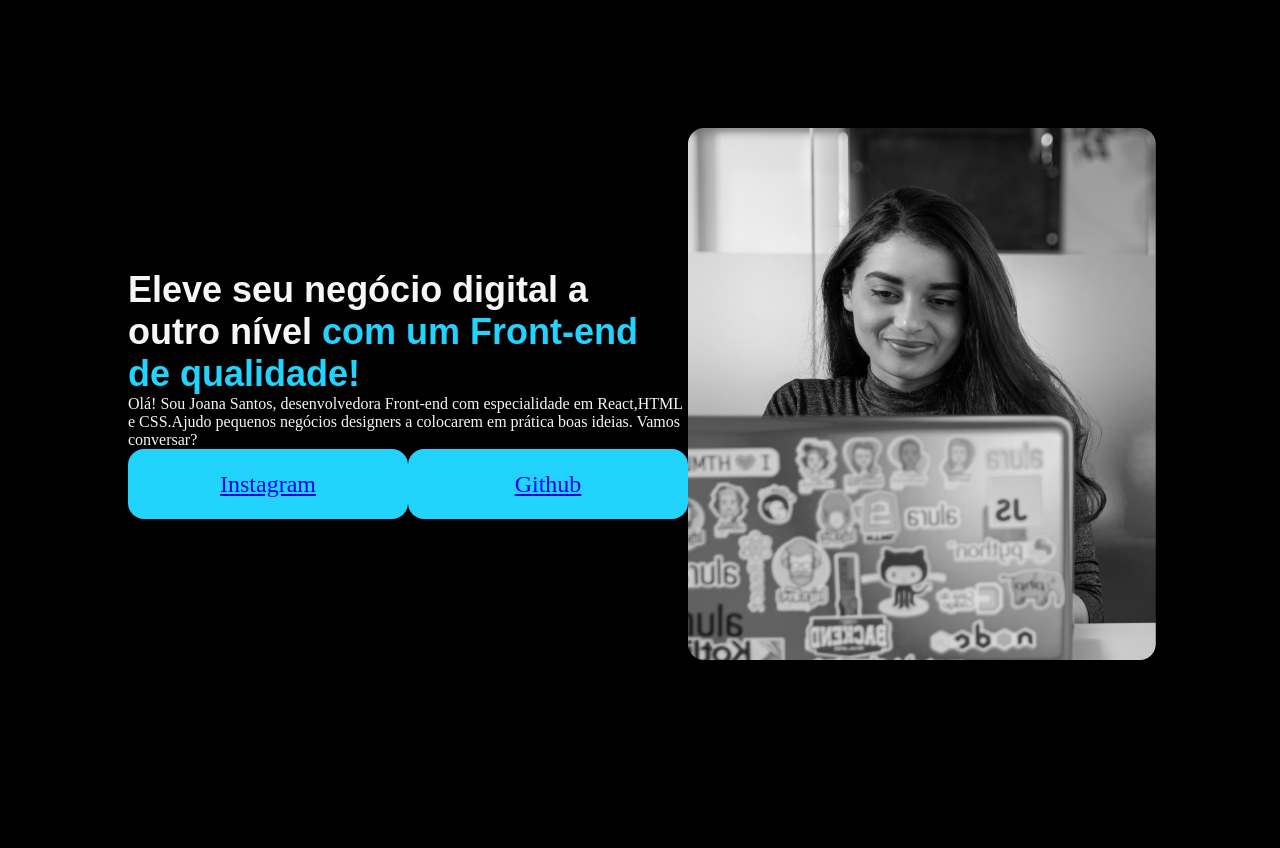
Repository: YoungAkira/CursoHtmlCss
Page: index.html
An editor plug-in stored every save of this project. The page is shown before and after the next save, followed by the edit.
The browser window is 1280 px wide. The pictures show the whole page.
Some web fonts or font styles are not loaded; a fallback is used.

Above is the page before, as saved 2023-05-13 12:28:28.

After the next save:
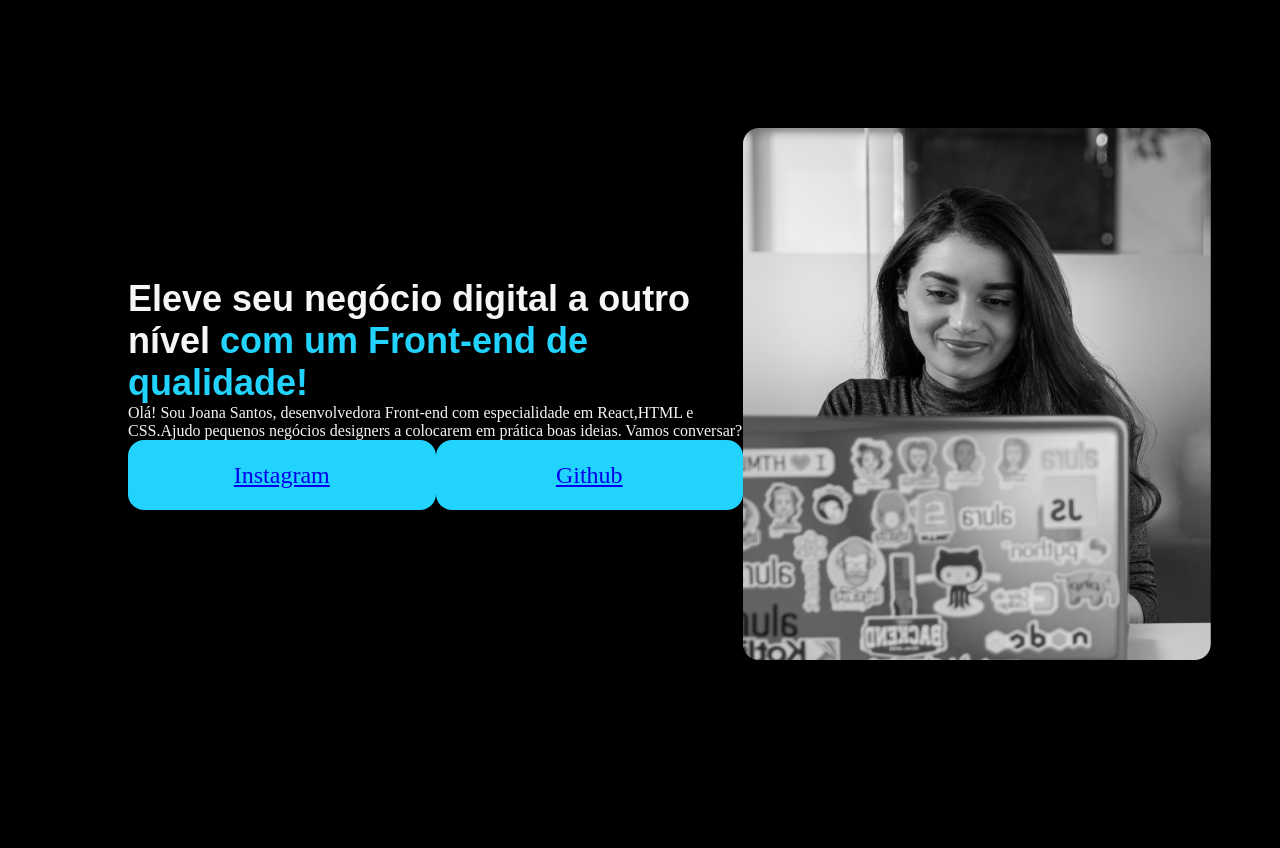
Saved 11 s later.
--- a/style.css
+++ b/style.css
@@ -57,5 +57,5 @@
     text-align: center;
     border-radius: 16px;
     font-size: 24px;
-    padding: 21.5px 0;
+    padding: 21.5px ;
 }

After the save that followed:
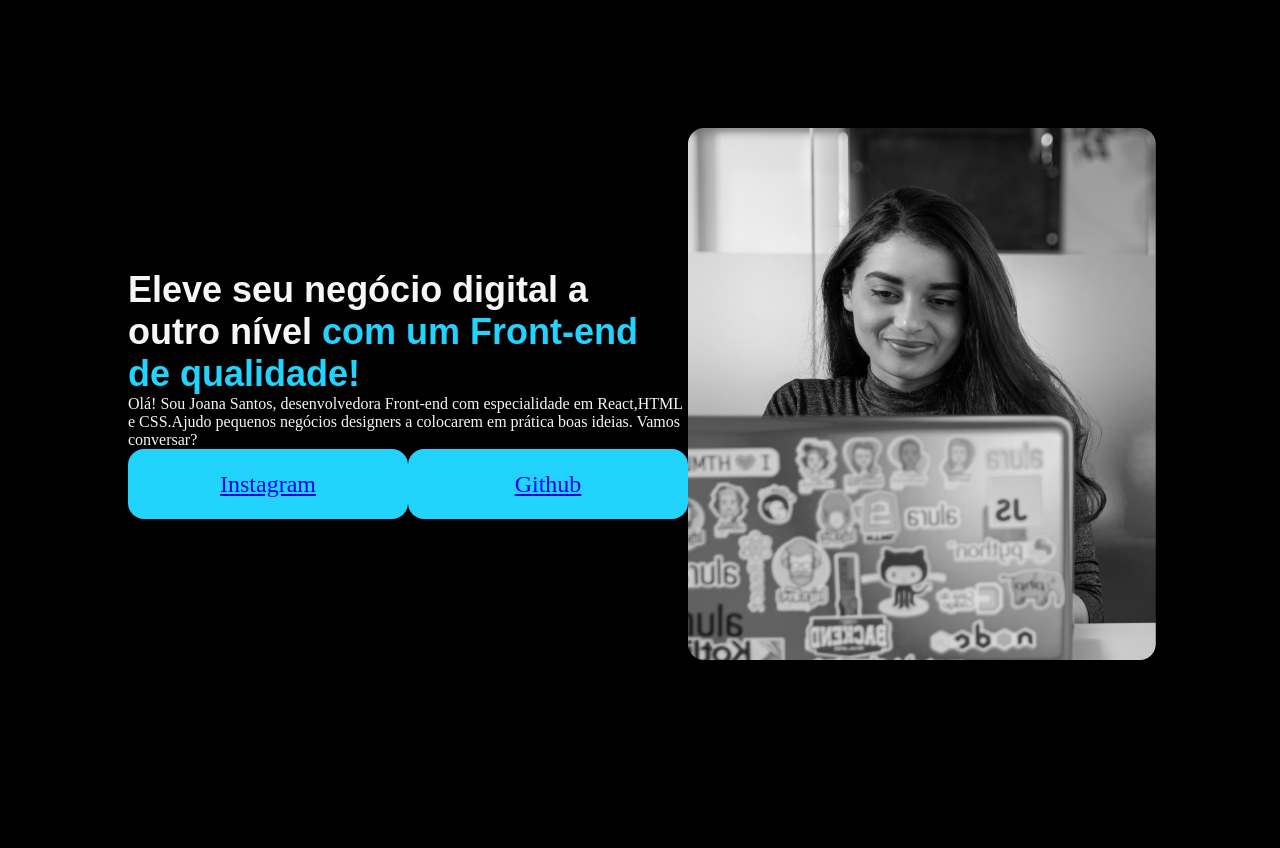
Saved 7 s later.
--- a/style.css
+++ b/style.css
@@ -57,5 +57,5 @@
     text-align: center;
     border-radius: 16px;
     font-size: 24px;
-    padding: 21.5px ;
+    padding: 21.5px 0;
 }
